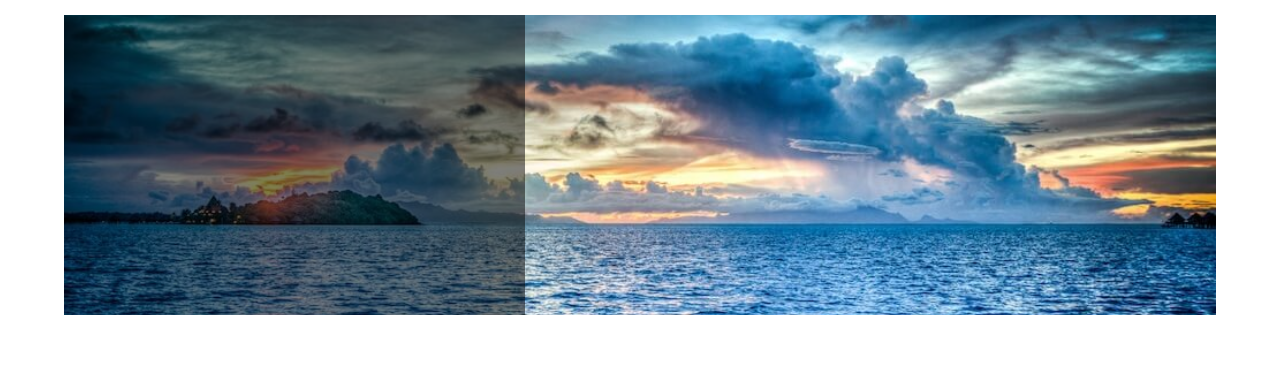
Repository: wakasugisatoi/git
Page: caravan/index2.html
The author's editor kept a record of every edit. The page is drawn from the files as they stood at one moment, then again after the next edit.
The browser window is 1280 px wide. The pictures show the whole page.

Above is the page before.

### caravan/index2.html
<!DOCTYPE html>
<html lang="ja">
  <head>
    <meta charset="UTF-8" />
    <!--<meta name="viewport" content="width=device-width,initial-scale=1.0">-->
    <!--フォントオーサムの読み込み-->
    <!--<script src="https://kit.fontawesome.com/1a3f0d96a2.js" crossorigin="anonymous"></script>-->
    <!--cssファイルの読み込み-->
    <link rel="stylesheet" href="style2.css" />
    <title>CARAVAN</title>
  </head>

  <body>
    <!--ヘッダー用のdiv-->
    <!--<div class="header">-->
      <!--<div class="header-top"></div>-->
      <!--<div class="header-bottom"></div>-->
    <!--</div>-->
    <header>
      <!--<h1 class="heading">-->
        <!--<a href="index2.html"> CARAVAN</a>-->
      <!--</h1>-->

      <!--<div class="social">-->
        <!--<i class="fab fa-facebook-square"></i>-->
        <!--<i class="fab fa-twitter-square"></i>-->
        <!--<i class="fab fa-instagram"></i>-->
      <!--</div>-->
    <!--</header>-->

    <!--navigation-->
    <!--<nav>-->
      <!--箇条書きリスト-->
      <!--<ul class="nav-list">-->
      <!--<li class="nav-list-item">-->
        <!--<a href="index2.thml">Home</a>-->
      <!--</li>-->
      <!--<li class="nav-list-item">About</li>-->
      <!--<li class="nav-list-item">TOpic</li>-->
      <!--</ul>-->
    <!--</nav>-->

    <!--main-visual用のdiv-->
    <div class="main-visual">
      <!--main-visual内の枠づくり-->
      <div class="main-visual-content">
        <!--<p class="main-visual-text">-->
          <!--The world is a book<br/>-->
          <!--and those who do not travel<br/>-->
          <!--red only one page-->
        <!--</p>-->
        <!--<p class="main-visual-name">-->
          <!--St. Augustine-->
        <!--</p>-->
      </div>
    </div>

    <!--main用のdiv-->
    <!--<div class="main">-->
      <!--<div class="blog"></div>-->
      <!--<div class="sidebar"></div>-->
    <!--</div>-->
    <!--<main>-->
    <!--  <section class="blog">-->
    <!--    <h2 class="blog-heading">Recent Blogs</h2>-->

    <!--    <div class="blog-box">-->

    <!--      <div class="blog-item">-->
    <!--       <img class="blog-image" src="img/img/forest.jpg">-->
    <!--       <section class="blog-text">-->
    <!--        <h3 class="blog-text-heading">-->
    <!--          <a href="single.html">-->
    <!--            Hopeful lessons from<br>-->
    <!--            the battle to save<br>-->
    <!--            rainforests-->
    <!--          </a>-->
    <!--         </h3>-->
    <!--        <p class="blog-date">June 19,2017</p>-->
    <!--        <span class="category">Nature</span>-->
    <!--       </section>-->
    <!--      </div>-->

    <!--      <div class="blog-item">-->
    <!--       <img class="blog-image" src="img/img/desert.jpg">-->
    <!--       <section class="blog-text">-->
    <!--        <h3 class="blog-text-heading">-->
    <!--          <a href="single.html">-->
    <!--            How to fight<br>-->
    <!--            desertification and<br>-->
    <!--            reverse climate chang-->
    <!--          </a>-->
    <!--        </h3>-->
    <!--        <p class="blog-date">June 17,2017</p>-->
    <!--        <span class="category">Nature</span>-->
    <!--       </section>-->
    <!--      </div>-->

    <!--      <div class="blog-item">-->
    <!--       <img class="blog-image" src="img/img/sunset.jpg">-->
    <!--       <section class="blog-text">-->
    <!--        <h3 class="blog-text-heading">-->
    <!--          <a href="single.html">-->
    <!--            Why I'm rowing<br>-->
    <!--            across the Pacific-->
    <!--          </a>-->
    <!--        </h3>-->
    <!--        <p class="blog-date">June 16,2017</p>-->
    <!--        <span class="category">Adventure</span>-->
    <!--      </section>-->
    <!--      </div>-->

    <!--      <div class="blog-item">-->
    <!--       <img class="blog-image" src="img/img/italy.jpg">-->
    <!--       <section class="blog-text">-->
    <!--        <h3 class="blog-text-heading">-->
    <!--          <a href="single.html">-->
    <!--            Unseen footage,<br>-->
    <!--            untamed nature<br>-->
    <!--          </a>-->
    <!--        </h3>-->
    <!--        <p class="blog-date">June 15,2017</p>-->
    <!--        <span class="category">Nature</span>-->
    <!--       </section>-->
    <!--      </div>-->


    <!--      <div class="blog-item">-->
    <!--       <img class="blog-image" src="img/img/asia.jpg">-->
    <!--       <section class="blog-text">-->
    <!--        <h3 class="blog-text-heading">-->
    <!--          <a href="single.html">-->
    <!--            The case for<br>-->
    <!--            engineering our food<br>-->
    <!--          </a>-->
    <!--         </h3>-->
    <!--        <p class="blog-date">June 14,2017</p>-->
    <!--        <span class="category">Culture</span>-->
    <!--       </section>-->
    <!--      </div>-->

    <!--    </div>-->


    <!--  <div class="pagination">-->
    <!--    <p><<<</p>-->
    <!--    <p><</p>-->
    <!--    <p>1</p>-->
    <!--    <p>2</p>-->
    <!--    <p>3</p>-->
    <!--    <p>></p>-->
    <!--    <p>>></p>-->
    <!--  </div>-->
    <!-- </section>-->

    <!--  <div class="sidebar">-->
    <!--   <section class="popular">-->
    <!--     <h2 class="popular-heading common heading">Popular</h2>-->
    <!--     <div class="sidebar-contents">-->
    <!--       <p class="popular-text">To solve old problems,<br>study new species</p>-->
    <!--       <p class="popular-text">Why Earth may someday<br>look like Mars</p>-->
    <!--       <p class="popular-text">What will humans look<br>like in 100 years?</p>-->
    <!--       <p class="popular-text">How to grow a forest<br>in your backyard</p>-->
    <!--       <p class="popular-text">How humans could evolve<br>to survive in space</p>-->
    <!--     </div>-->
    <!--   </section>-->

    <!--   <section class="instagram">-->
    <!--     <h2 class="instagram-heading common-heading">Instagram</h2>-->
    <!--     <div class="sidebar-contents">-->
    <!--       <div class="instagram-box"></div>-->
    <!--       <div class="instagram-box"></div>-->
    <!--       <div class="instagram-box"></div>-->
    <!--       <div class="instagram-box"></div>-->
    <!--       <div class="instagram-box"></div>-->
    <!--       <div class="instagram-box"></div>-->
    <!--     </div>-->
    <!--   </section>-->

    <!--   <section class="categories">-->
    <!--     <h2 class="categories-heading common-heading">Categories</h2>-->
    <!--     <div class="sidebar-contents">-->
    <!--       <p class="categories-text">Technology(15)</p>-->
    <!--       <p class="categories-text">Business(23)</p>-->
    <!--       <p class="categories-text">Entertainment(12)</p>-->
    <!--       <p class="categories-text">Nature(32)</p>-->
    <!--       <p class="categories-text">Education(9)</p>-->
    <!--       <p class="categories-text">Adoventuere(23)</p>-->
    <!--       <p class="categories-text">Communication(14)</p>-->
         <!--</div>-->
       <!--</section>-->
     <!--</div>-->
    <!--</main>-->

    <!--footer用のdiv-->
    <!--<div class="footer"></div>-->
    <!--<footer>-->
      <!--<p class="footer-text">©All rights reserved by Infratop.Inc.</p>-->

    <!--</footer>-->

  </body>
</html>

### caravan/style2.css
*{
  margin: 0;
  padding: 0;
  box-sizing:border-box;
}

a{
  text-decoration: none;
}
header,nav,h2,.main-visual,footer{
  font-family: Chalkduster,"Bradley Hand",Courier,"Segoe Print",sans-serif;
}
header{
  width: 90%;
  padding: 15px 0;
  margin: 0 auto;
  text-align: center;
  position: relative;
  /*background-color: red;*/
}

.social i{
  margin-left:20px;
  display: inline-block;
}

.social{
  position: absolute;
  top: 22px;
  right: 22px;
}
header .heading{
  font-size:32px;
}

.nav-list{
  text-align: center;
  padding:10px 0;
  margin:0 auto;
}

.nav-list-item{
  list-style:none;
  display: inline-block;
  margin: 0 20px;
}

/*.header-top{*/
  /*width: 100%;*/
  /*height: 70px;*/
  /*background-color: hotpink;*/
/*}*/

/*.header-bottom{*/
  /*width: 100%;*/
  /*height: 50px;*/
  /*background-color: pink;*/
/*}*/

.main-visual{
  width: 100%;
  height: 300px;
  background-image: url(img/img/mv.jpg);
  background-size: cover;
  background-position: center;
  /*background-color: orange;*/
}

.main-visual-content{
  width: 40%;
  height: 300px;
  background-color: rgba(0,0,0,0.5);
  text-align: center;
  padding-top: 105px;
  /*background-color: gold;*/
}

.main-visual-text{
  color:#fff;
}

.main-visual-name{
  margin-top:30px;
  color:#fff;
}

main{
  width: 800px;
  /*flex挿入のため削除*/
  /*height: 1400px;*/
  /*background-color: green;*/
  display: block;
  justify-content:center;
  margin: 0 auto;
  padding: 70px 0;
}

.blog{
  width: 540px;
  /*height: 1400px;*/
  /*background-color: limegreen;*/
  margin-right: 30px;
}

.blog-heading{
  border-bottom: 8px solid #f7f7f7;
  text-align: center;
  line-height: 0.6;
}

.blog-box{
  padding-top: 50px;
}

.blog-item{
  padding-bottom: 20px;
  margin-bottom: 20px;
  border-bottom: 1px solid #f7f7f7;
  display: flex;
  justify-content:flax-start;
}

.blog-image{
  height:180px;
}

.blog-text{
  padding: 25px 0 0 30px;
}

.blog-text-heading{
  padding-bottom: 15px;
}

.blog-date{
  font-size:12px;
  display:inline-block;
}
.category{
  display: inline-block;
  padding: 5px 8px;
  background-color: #acabab;
  border-radius: 3px;
  color: #fff;
  font-size: 11px;
}

.pagination{
  text-align: center;
  padding-top: 50px;
}

.pagination p{
  display: inline-block;
  width: 30px;
  height: 30px;
  margin:0 5px;
  color:#fff;
  background-color: #acabab;
  border-radius: 3px;
  line-height:30px;
}

.sidebar{
  width: 240px;
  /*height: 1400px;*/
  /*background-color: palegreen;*/
}

.common-heading{
  border-bottom: 8px solid #f7f7f7;
  text-align: center;
  line-height:0.6;
}

.sidebar-contents{
  padding: 50px 0;
}

.popular-text,
.categories-text{
  padding-bottom: 5px;
  border-bottom: 1px solid #f7f7f7;
  margin-bottom: 5px;
}
.popular-text:last-child,
.categories-text:last-child{
  margin: 0;
  padding: 0;
  border:none;
}

.instagram .sidebar-contents{
  display: flex;
  flex-wrap: wrap;
}

.instagram-box{
  width: 110px;
  padding-top: 110px;
  background-size: cover;
  background-position: center;
  margin-bottom: 10px;
}
.instagram-box:nth-child(odd){
  margin:0 10px 10px 0;
}

.instagram-box:nth-child(1){
  background-image: url(img/img/airport.jpg);
}

.instagram-box:nth-child(2){
  background-image: url(img/img/japan.jpg);
}

.instagram-box:nth-child(3){
  background-image: url(img/img/snow.jpg);
}

.instagram-box:nth-child(4){
  background-image: url(img/img/japan2.jpg);
}

.instagram-box:nth-child(5){
  background-image: url(img/img/lake.jpg);
}

.instagram-box:nth-child(6){
  background-image: url(img/img/road.jpg);
}

footer{
  width: 100%;
  height: 120px;
  text-align: center;
  line-height: 120px;
  background-color: #848282;
}

.footer-text{
  color: #fff;
}

/*すべての画面サイズで適用される*/
/*.social i{*/
  /*color:black;*/
/*}*/
 /*タブレット横置きサイズ*/
 /*@media screen and (max-width:1024px){*/
   /*.social i{*/
     /*color: green;*/
   /*}*/
 /*}*/

 /*タブレット縦置きサイズ*/
 /*@media screen and (max-width:768px){*/
   /*.social i{*/
     /*color: red;*/
   /*}*/
 /*}*/

 /*スマホサイズ*/
@media screen and (max-width:425px){
  header{
    width: 100%;
  }

  .social{
    display: none;
  }

  .nav-list{
    width: 100%;
  }

  .nav-list-item{
    width: 100%;
    margin:0 0 10px 0;
  }



  .main-visual-content{
    width: 100%;
  }

  .main{
    width: 100%;
    display: black;
  }

  .blog{
    width: 100%;
    margin: 0;
  }

  .blog-box{
    padding-left: 2%;
    padding-right: 2%;
  }

  .blog-image{
    width: 49%;
  }

  .blog-text {
    width: 49%;
    padding-top: 5px;
  }

  .sidebar{
    width: 100%;
  }

  .sidebar-contents{
    padding-left: 3%;
    padding-right: 3%;
  }
  .instagram-box{
    width: 48%;
    padding-top: 48%;
  }

  .instagram-box:nth-child(odd){
    width: 48%;
    padding-top:48%;
  }


  footer{
    width: 100%;
  }
}

After the next edit:
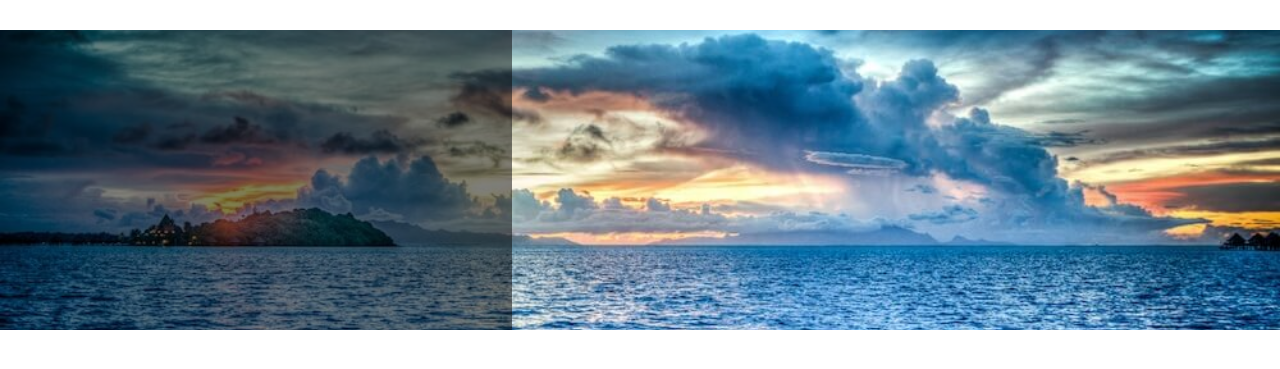
The edit:
--- a/caravan/index2.html
+++ b/caravan/index2.html
@@ -26,7 +26,7 @@
         <!--<i class="fab fa-twitter-square"></i>-->
         <!--<i class="fab fa-instagram"></i>-->
       <!--</div>-->
-    <!--</header>-->
+    </header>
 
     <!--navigation-->
     <!--<nav>-->
